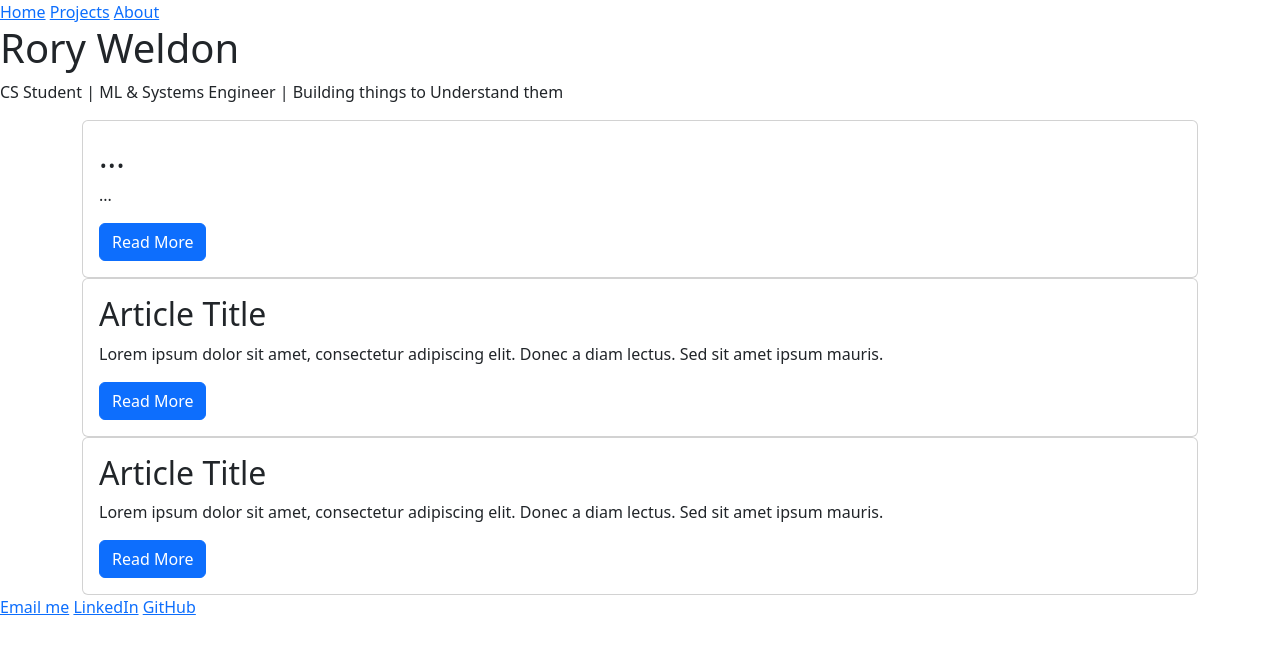
Repository: Art3misF0wl90/Portfolio
Page: index.html
An editor plug-in stored every save of this project. The page is shown before and after a run of saves, followed by the edit.
The browser window is 1280 px wide. The pictures show the whole page.

Above is the page before, as saved 2026-06-17 19:14:22.

### index.html
<!doctype html>
<html lang="en">
  <!-- This is a simple portfolio website for Rory Weldon, a CS student with interests in ML and systems engineering. The website includes a navigation bar, header, main content area with project teasers, and a footer with contact information. -->
  <head>
    <meta charset="UTF-8" />
    <meta name="viewport" content="width=device-width, initial-scale=1.0" />
    <title>Rory Weldon - Portfolio</title>
    <link
      href="https://cdn.jsdelivr.net/npm/bootstrap@5.3.8/dist/css/bootstrap.min.css"
      rel="stylesheet"
      integrity="sha384-sRIl4kxILFvY47J16cr9ZwB07vP4J8+LH7qKQnuqkuIAvNWLzeN8tE5YBujZqJLB"
      crossorigin="anonymous"
    />
   <!--<link rel="stylesheet" href="style.css" /> disabled while working with bootstrap, will re-enable for custom overrides later.-->
  </head>
  <!-- this is the main content area -->
  <body>
    <!-- Navigation bar -->
    <nav>
      <a href="index.html">Home</a>
      <a href="projects.html">Projects</a>
      <a href="about.html">About</a>
    </nav>

    <!-- Header content -->
    <header>
      <h1>Rory Weldon</h1>
      <p>
        CS Student | ML & Systems Engineer | Building things to Understand them
      </p>
    </header>

    <main>

      <div class="container">
      <!-- Main content - Teasers for projects-->
      <article class="card">
        <div class="card-body">
          <!-- provides internal padding -->
          <h2 class="card-title">...</h2>
          <p class="card-text">...</p>
          <a href="..." class="btn btn-primary">Read More</a>
        </div>
      </article>

      <article class="card">
        <div class="card-body">
          <h2 class="card-title">Article Title</h2>
          <p class="card-text">
            Lorem ipsum dolor sit amet, consectetur adipiscing elit. Donec a
            diam lectus. Sed sit amet ipsum mauris.
          </p>
          <a href="..." class="btn btn-primary">Read More</a>
        </div>
      </article>
      <!-- Add more articles as needed -->
      <article class="card">
        <div class="card-body">
          <!-- This is a placeholder article. Replace with actual project teasers. -->
          <h2 class="card-title">Article Title</h2>
          <p class="card-text">
            Lorem ipsum dolor sit amet, consectetur adipiscing elit. Donec a
            diam lectus. Sed sit amet ipsum mauris.
          </p>
          <!-- The "Read More" button can link to a detailed project page or modal -->
          <a href="..." class="btn btn-primary">Read More</a>
        </div>
      </article>
    </main>
    <!-- Footer content -->
    <footer>
      <a href="mailto:lweldon2@students.kennesaw.edu">Email me</a>
      <a href="https://www.linkedin.com/in/rory-weldon-5829ab297/">LinkedIn</a>
      <a href="https://github.com/Art3misF0wl90">GitHub</a>
    </footer>
  </body>
</html>

After the next 3 saves:
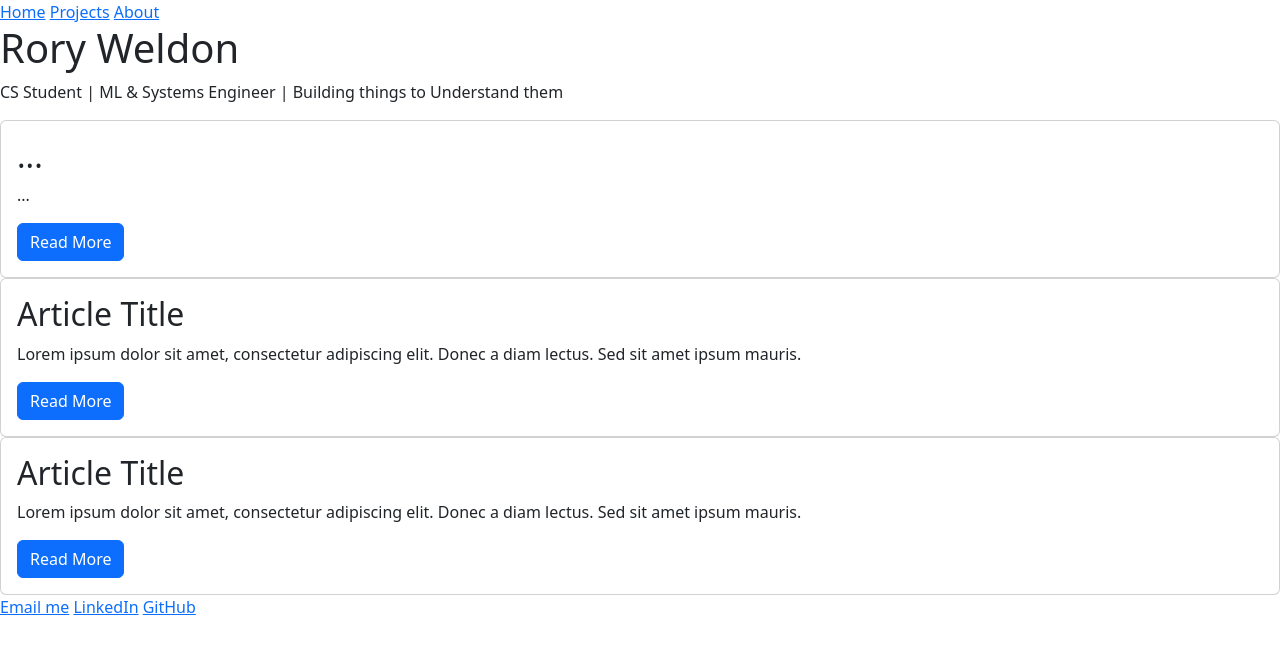
The 3 saves are shown as one change because they came seconds apart.
The last was saved 11 s later.
--- a/index.html
+++ b/index.html
@@ -32,7 +32,7 @@
 
     <main>
 
-      <div class="container">
+      <div class="container"></div>
       <!-- Main content - Teasers for projects-->
       <article class="card">
         <div class="card-body">
